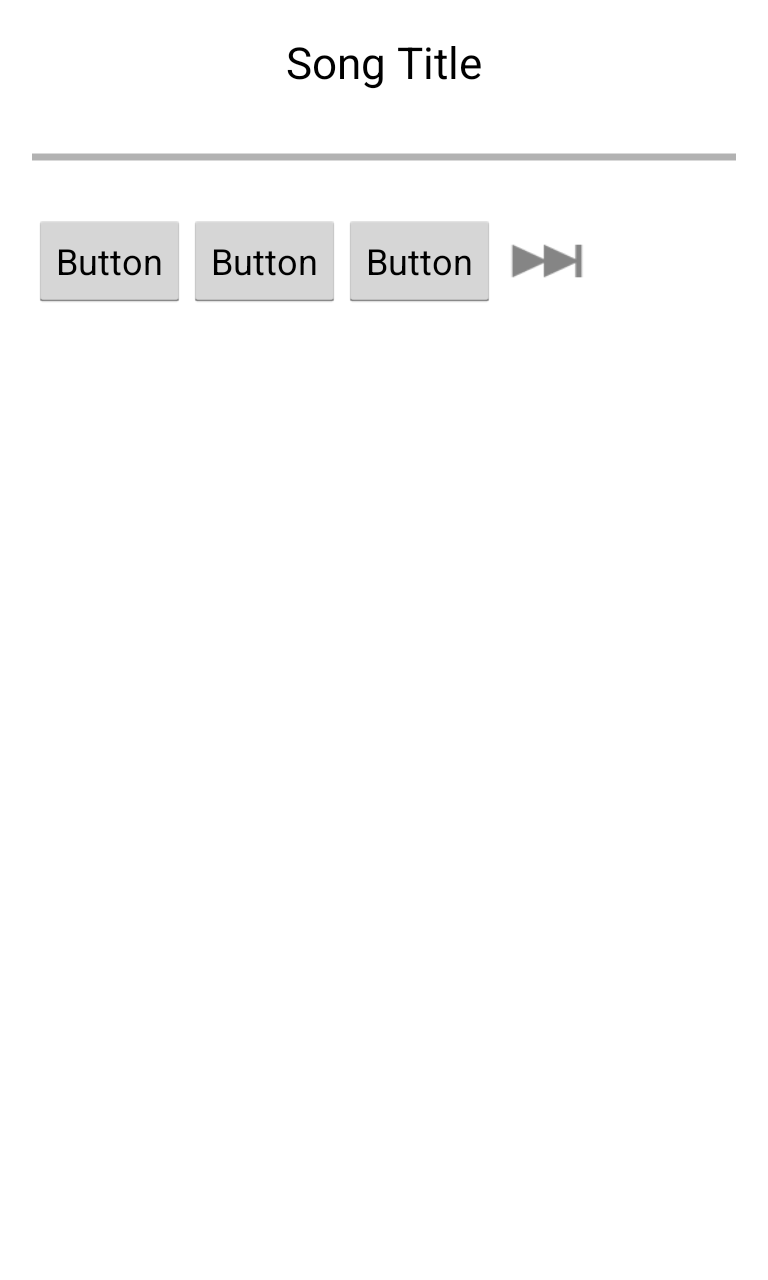
Repository: laurenelder/MDF3
Layout: MiniMediaPlayer/res/layout/activity_main.xml
The author's editor kept a copy of each file at every save. The layout is drawn from the files as they stood at one save, then again after the next save.
It is drawn on a 768 x 1280 px phone screen (xhdpi) without system bars, with theme AppTheme; the app's code is not run.

Above is the layout before, as saved 2014-09-05 16:59:37.

### MiniMediaPlayer/res/layout/activity_main.xml
<LinearLayout xmlns:android="http://schemas.android.com/apk/res/android"
    xmlns:tools="http://schemas.android.com/tools"
    android:layout_width="match_parent"
    android:layout_height="match_parent"
    android:id="@+id/container"
    android:orientation="vertical"
    android:paddingBottom="@dimen/activity_vertical_margin"
    android:paddingLeft="@dimen/activity_horizontal_margin"
    android:paddingRight="@dimen/activity_horizontal_margin"
    android:paddingTop="@dimen/activity_vertical_margin"
    tools:context="com.example.minimediaplayer.MainActivity" >

    <TextView
        android:id="@+id/songTitle"
        android:layout_width="match_parent"
        android:layout_height="wrap_content"
        android:text="@string/title"
        android:gravity="center"
        android:textAppearance="?android:attr/textAppearanceLarge" />

    <ProgressBar
        android:id="@+id/songProgress"
        style="?android:attr/progressBarStyleHorizontal"
        android:layout_width="match_parent"
        android:layout_height="wrap_content"
        android:layout_marginTop="25dp"
        android:gravity="center" />

    <LinearLayout
        android:layout_width="match_parent"
        android:layout_height="wrap_content"
        android:layout_marginTop="20dp" >

        <Button
            android:id="@+id/previousBtn"
            android:layout_width="wrap_content"
            android:layout_height="wrap_content"
            android:text="Button" />

        <Button
            android:id="@+id/stopBtn"
            android:layout_width="wrap_content"
            android:layout_height="wrap_content"
            android:text="Button" />

        <Button
            android:id="@+id/playBtn"
            android:layout_width="wrap_content"
            android:layout_height="wrap_content"
            android:text="Button" />

        <Button
            android:id="@+id/nextBtn"
            android:layout_width="50dp"
            android:layout_height="40dp"
            android:background="@drawable/ic_action_next" />

    </LinearLayout>

</LinearLayout>

### MiniMediaPlayer/res/values/strings.xml
<?xml version="1.0" encoding="utf-8"?>
<resources>

    <string name="app_name">Mini Media Player</string>
    <string name="hello_world">Hello world!</string>
    <string name="action_settings">Settings</string>
    <string name="title">Song Title</string>

</resources>

Loaded but not shown: MiniMediaPlayer/res/values/styles.xml (common file); MiniMediaPlayer/res/values-v11/styles.xml (common file); MiniMediaPlayer/res/values-v14/styles.xml (common file); MiniMediaPlayer/res/values/dimens.xml (common file); MiniMediaPlayer/res/values-w820dp/dimens.xml (common file)

After the next save:
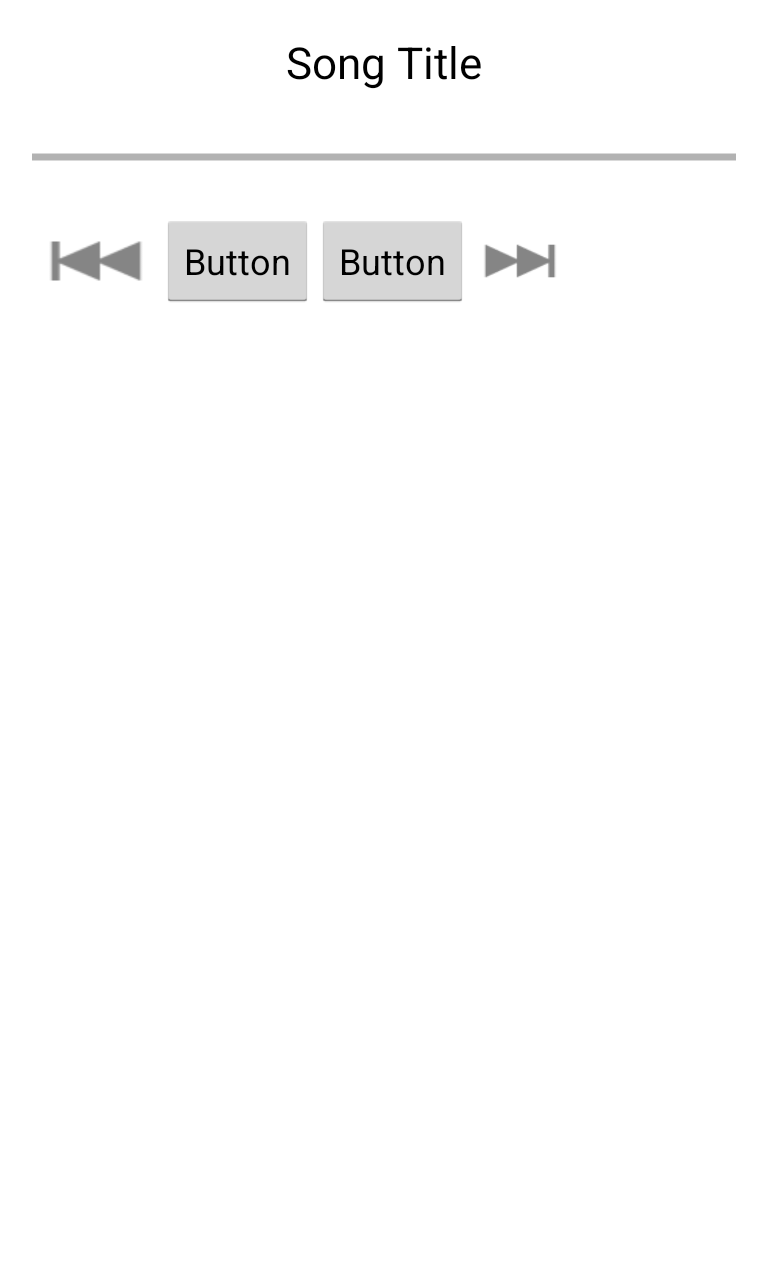
Saved 3 min 21 s later.
--- a/MiniMediaPlayer/res/layout/activity_main.xml
+++ b/MiniMediaPlayer/res/layout/activity_main.xml
@@ -35,7 +35,7 @@
             android:id="@+id/previousBtn"
             android:layout_width="wrap_content"
             android:layout_height="wrap_content"
-            android:text="Button" />
+            android:background="@drawable/ic_action_previous" />
 
         <Button
             android:id="@+id/stopBtn"
